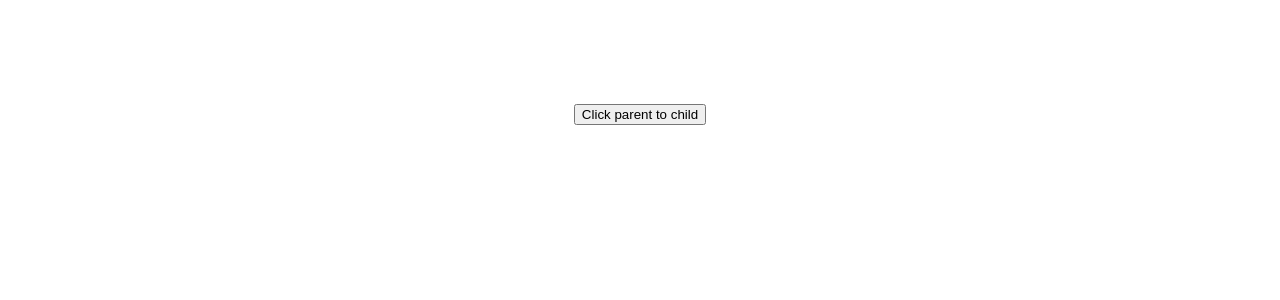
Repository: Vanessahyc/parent-child
Page: /
The author's editor kept a copy of each file at every save. The page is drawn from the files as they stood at one save, then again after the next save.
The browser window is 1280 px wide. The pictures show the whole page.
The project was rebuilt for these pictures with package versions that can differ from the ones it lists, and the page was loaded fresh each time. The framework's server and built-in components were replaced by stand-ins that run in the browser. Also part of the build but not shown: next.config.mjs.

Above is the page before, as saved 2024-03-25 14:09:22.

### pages/index.js
import styles from "@/styles/Home.module.css";
import ParentToChild from "./ParentOne";


export default function Home() {
  return (
    <>
      <main className={`${styles.main}`}>
        <ParentToChild/>
      </main>
    </>
  );
}

### styles/globals.css
:root {

}

### styles/Home.module.css
.main {
  display: flex;
  flex-direction: column;
  justify-content: space-between;
  align-items: center;
  padding: 6rem;
  min-height: 20vh;
}

### pages/ParentOne.js
import { useState } from "react"
import ChildOne from "./ChildOne"

export default function ParentOne() {
    const [data, setData] = useState();

    const parentToChild = () => {
        setData("This is the data from the parent page which will be passed to the child page")
    }
    console.log("parent page");

    return(
        <>
            <ChildOne parentToChild={data}/>
            <button onClick={() => parentToChild()}>Click parent to child</button>
        </>
    )
}

### pages/ChildOne.js


export default function ChildOne({ parentToChild }) {
    console.log("parent page");

    return(
        <>
            {parentToChild}
        </>
    )
}

Loaded but not shown: pages/_app.js (common file); pages/_document.js (common file)

After the next save:
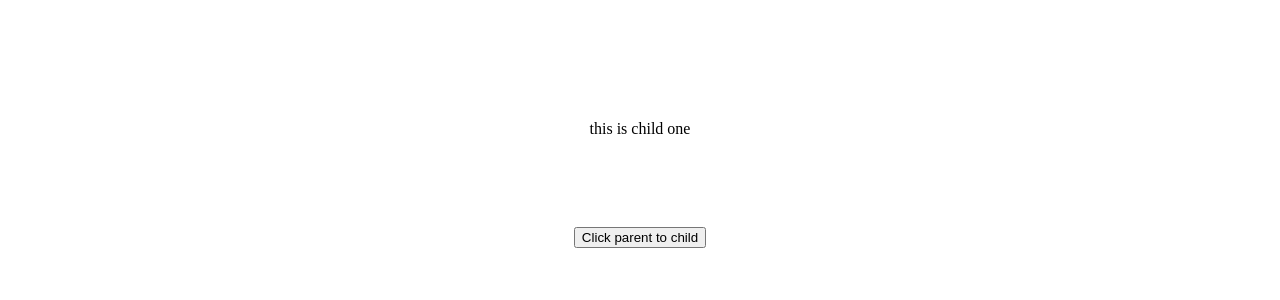
Saved 85 s later.
--- a/pages/ChildOne.js
+++ b/pages/ChildOne.js
@@ -6,6 +6,7 @@
     return(
         <>
             {parentToChild}
+            <p>this is child one</p>
         </>
     )
 }

After the save that followed:
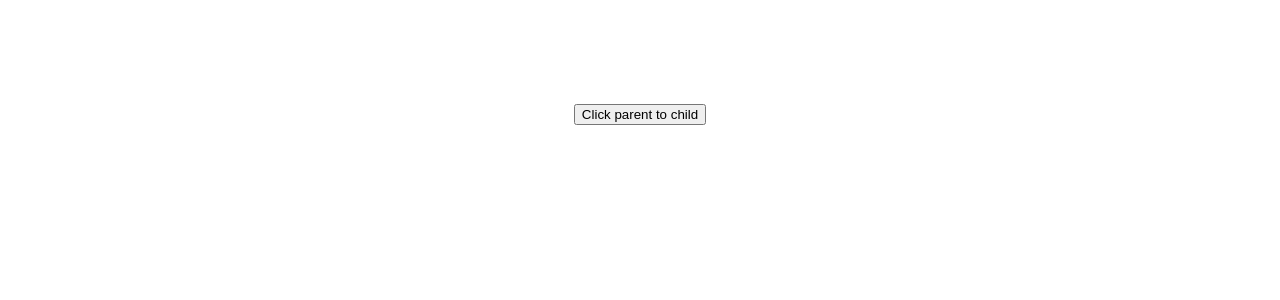
Saved 15 s later.
--- a/pages/ChildOne.js
+++ b/pages/ChildOne.js
@@ -6,7 +6,7 @@
     return(
         <>
             {parentToChild}
-            <p>this is child one</p>
+            {/* <p>this is child one</p> */}
         </>
     )
 }
